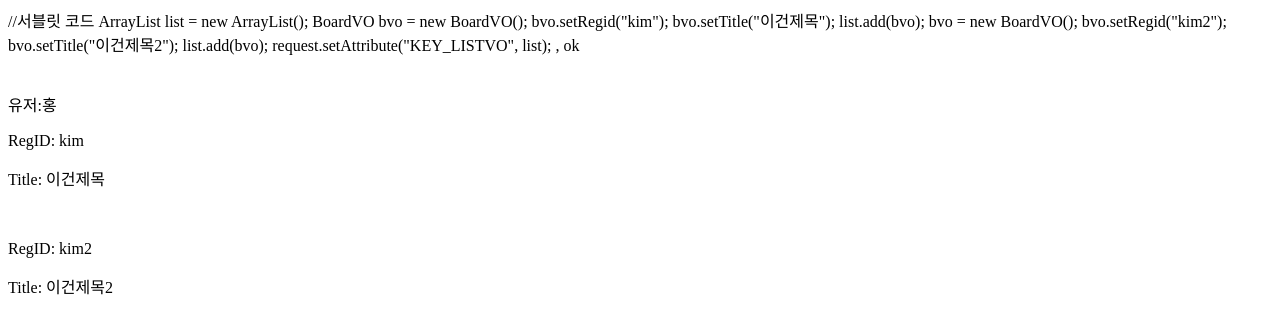
Repository: wonsungjin/Kosta
Page: http://localhost/web_prj/JstlServlet
An editor plug-in stored every save of this project. The page is shown before and after the next save, followed by the edit.
The browser window is 1280 px wide. The pictures show the whole page.
The page is served by Tomcat 9. Other server files are loaded and not shown.

Above is the page before, as saved 2024-05-30 04:42:53.

### web_prj/src/main/webapp/lec_jstl.jsp
<%@ page language="java" contentType="text/html; charset=UTF-8"
    pageEncoding="UTF-8"%>
<%@taglib uri="http://java.sun.com/jsp/jstl/core" prefix="c"%>
<%@taglib uri="http://java.sun.com/jsp/jstl/fmt"  prefix="fmt"%>

<%@ page import="com.kosta.sample.board.BoardVO" %>
<%@ page import="java.util.ArrayList" %>
<%@ page import="java.util.HashMap" %>


<!DOCTYPE html>
<html>
<head>
<meta charset="UTF-8">
<title>Insert title here</title>
<script src="https://code.jquery.com/jquery-3.7.1.js"></script>
<script> $(function() { }); </script>
</head>
<body>
<!--
 EL(Expression Language) :  JSP 사용하는 스크립트릿(<% %>) 문법을 쉽게 하는 언어  $ { }
 JSTL(JSP Standard Tag Library) : JSP 표준라이브러리

  - JSP 내장객체 SCOPE : page > request > session > application
  - EL  내장객체 SCOPE : pageScope > requestScope > sessionScope > applicationScope
-->


<!--
//서블릿 코드
BoardVO bvo  = new BoardVO();
bvo.setRegid("kim");
bvo.setTitle("이건제목");
request.setAttribute("KEY_BOARDVO", bvo);
-->
<%
//BoardVO bvo = (BoardVO)request.getAttribute("KEY_BOARDVO");
//out.println(bvo.getRegid() + ","  + bvo.getTitle());
%>
<!-- ${requestScope.KEY_BOARDVO.regid} -->




//서블릿 코드
ArrayList<BoardVO> list = new ArrayList<BoardVO>();
BoardVO bvo  = new BoardVO();
bvo.setRegid("kim");
bvo.setTitle("이건제목");
list.add(bvo);
bvo  = new BoardVO();
bvo.setRegid("kim2");
bvo.setTitle("이건제목2");
list.add(bvo);
request.setAttribute("KEY_LISTVO", list);


<%
//ArrayList<BoardVO> list = (ArrayList<BoardVO>)request.getAttribute("KEY_LISTVO");
//for(BoardVO bvo : list) {
//	out.println(bvo.getTitle() + "," + bvo.getRegid() + "<br>");
//}
%>
<!--
${requestScope.KEY_LISTVO[0]["regid"]}, ${requestScope.KEY_LISTVO[0]["title"]}<br>
${requestScope.KEY_LISTVO[1]["regid"]}, ${requestScope.KEY_LISTVO[1]["title"]}<br>
-->


<!--
//서블릿 코드
HashMap<String, BoardVO> map = new HashMap<String, BoardVO>();
BoardVO bvo  = new BoardVO();
bvo.setRegid("kim");
bvo.setTitle("이건제목");
map.put("map_key", bvo);
request.setAttribute("KEY_MAPVO", map);
-->
<%
//HashMap<String, BoardVO> map = (HashMap<String, BoardVO>)request.getAttribute("KEY_MAPVO");
//out.println(map.get("map_key").getRegid() + "," + map.get("map_key").getTitle());
%>
<!-- ${requestScope.KEY_MAPVO.map_key.regid} , ${KEY_MAPVO.map_key.title} -->


<!--
//서블릿 코드
HttpSession session = request.getSession();
session.setAttribute("SESS_ID", "kim");
session.setAttribute("SESS_GRADE", "gold");
-->
<%
//String uid = (String)session.getAttribute("SESS_ID");
//out.print(uid);
%>
<!--  ${sessionScope.SESS_ID}  -->


<!--
//서블릿 코드
Cookie ck1 = new Cookie("MY_COOKIE_UID", "lee");
Cookie ck2 = new Cookie("MY_COOKIE_GRADE", "hong");
ck1.setMaxAge(100);
ck2.setMaxAge(100);
response.addCookie(ck1);
response.addCookie(ck2);
-->

<%
// 요청으로부터 모든 쿠키를 가져옵니다.
Cookie[] cookies = request.getCookies();
if (cookies != null) {
    for (Cookie cookie : cookies) {
        out.println(cookie.getName() + "," + cookie.getValue() + "<br>");
    }
}
%>
${cookie.MY_COOKIE_UID.name}, ${cookie.MY_COOKIE_UID.value}


<!-- JSTL :   if  forEach   -->
<%
String cval = "lee";
int num = 10;
if (cval.equals("lee") && num==10) {
	out.println("ok");
} else {
	out.println("fail");
}
%>
<br>

<c:if test="${cookie.MY_COOKIE_UID.value == 'lee'}">
	ok lee
</c:if><br>

<c:if test="${cookie.MY_COOKIE_UID.value eq 'lee'}">
	ok lee
</c:if><br>

<c:set value="hong" var="userid"/>
<c:choose>
       <c:when test="${userid == 'hong'}">
            유저:홍
       </c:when>
       <c:when test="${userid == 'admin'}">
           어드민
       </c:when>
       <c:otherwise>
           손님
       </c:otherwise>
   </c:choose>
   <br>
<c:forEach var="board" items="${KEY_LISTVO}">
    <p>RegID: ${board.regid}</p>
    <p>Title: ${board.title}</p>
    <br>
</c:forEach>





</body>
</html>

### web_prj/src/main/java/com/kosta/sample/jstl/JstlServlet.java
package com.kosta.sample.jstl;

import java.io.IOException;
import java.util.ArrayList;
import java.util.HashMap;

import javax.servlet.RequestDispatcher;
import javax.servlet.ServletException;
import javax.servlet.annotation.WebServlet;
import javax.servlet.http.Cookie;
import javax.servlet.http.HttpServlet;
import javax.servlet.http.HttpServletRequest;
import javax.servlet.http.HttpServletResponse;
import javax.servlet.http.HttpSession;

import com.kosta.sample.board.BoardVO;

/**
 * Servlet implementation class JstlServlet
 */
@WebServlet("/JstlServlet")
public class JstlServlet extends HttpServlet {
	private static final long serialVersionUID = 1L;

    public JstlServlet() {
        super();
    }

	protected void doGet(HttpServletRequest request, HttpServletResponse response) throws ServletException, IOException {
		request.setCharacterEncoding("UTF-8");
		response.setContentType("text/html;charset=UTF-8");

		ArrayList<BoardVO> list = new ArrayList<BoardVO>();

		BoardVO bvo  = new BoardVO();
		bvo.setRegid("kim");
		bvo.setTitle("이건제목");
		list.add(bvo);

		bvo  = new BoardVO();
		bvo.setRegid("kim2");
		bvo.setTitle("이건제목2");
		list.add(bvo);
		request.setAttribute("KEY_LISTVO", list);

//		HashMap<String, BoardVO> map = new HashMap<String, BoardVO>();
//		BoardVO bvo  = new BoardVO();
//		bvo.setRegid("kim33");
//		bvo.setTitle("이건제목33");
//		map.put("map_key", bvo);
//		request.setAttribute("KEY_MAPVO", map);

//		HttpSession session = request.getSession();
//		session.setAttribute("SESS_ID", "kim");
//		session.setAttribute("SESS_GRADE", "gold");


//		Cookie ck = new Cookie("MY_COOKIE_UID", "lee");
//		ck.setMaxAge(100);
//		response.addCookie(ck);


		RequestDispatcher rd = request.getRequestDispatcher("lec_jstl.jsp");
		rd.forward(request, response);
	}
}

### web_prj/src/main/java/com/kosta/sample/board/VO.java
package com.kosta.sample.board;

public class VO {

}

### web_prj/src/main/java/com/kosta/sample/board/BoardVO.java
package com.kosta.sample.board;

import java.util.List;

public class BoardVO extends VO {

	int SEQ;
	String title;
	String contents;
	String regid;
	String regdate;
	List<ReplyVO> replies;
	public List<ReplyVO> getReplies() {
		return replies;
	}
	public void setReplies(List<ReplyVO> replies) {
		this.replies = replies;
	}
	public int getSeq() {
		return SEQ;
	}
	public void setSeq(int sEQ) {
		SEQ = sEQ;
	}
	public String getTitle() {
		return title;
	}
	public void setTitle(String tITLE) {
		title = tITLE;
	}
	public String getContents() {
		return contents;
	}
	public void setContents(String cONTENTS) {
		contents = cONTENTS;
	}
	public String getRegid() {
		return regid;
	}
	public void setRegid(String rEGID) {
		regid = rEGID;
	}
	public String getRegdate() {
		return regdate;
	}
	public void setRegdate(String rEGDATE) {
		regdate = rEGDATE;
	}
	public BoardVO(String cONTENTS, String tITLE, int sEQ, String rEGID, String rEGDATE) {
		SEQ = sEQ;
		title = tITLE;
		contents = cONTENTS;
		regid = rEGID;
		regdate = rEGDATE;
	}
	public BoardVO( String tITLE, int sEQ, String rEGID, String rEGDATE) {
		SEQ = sEQ;
		title = tITLE;
		regid = rEGID;
		regdate = rEGDATE;
	}
	public BoardVO() {
	}
}
//String CREATED;
//String LAST_DDL_TIME;
//String SEQUENCE_OWNER;
//String SEQUENCE_NAME;
//int MIN_VALUE;
//int MAX_VALUE;
//int INCREMENT_BY;
//String CYCLE_FLAG;
//String ORDER_FLAG;
//int CACHE_SIZE;
//int LAST_NUMBER;

### web_prj/src/main/java/com/kosta/sample/board/ReplyVO.java
package com.kosta.sample.board;

public class ReplyVO {
	private int rseq;  //PK
	private String reply;
	private String regid;
	private String regdate;
	private int seq ;   //FK

	public ReplyVO() {}


	public ReplyVO(int rseq, String reply, String regid, String regdate, int seq) {
		this.rseq = rseq;
		this.reply = reply;
		this.regid = regid;
		this.regdate = regdate;
		this.seq = seq;
	}



	public int getRseq() {
		return rseq;
	}

	public String getReply() {
		return reply;
	}

	public String getRegid() {
		return regid;
	}

	public String getRegdate() {
		return regdate;
	}

	public int getSeq() {
		return seq;
	}

	public void setRseq(int rseq) {
		this.rseq = rseq;
	}

	public void setReply(String reply) {
		this.reply = reply;
	}

	public void setRegid(String regid) {
		this.regid = regid;
	}

	public void setRegdate(String regdate) {
		this.regdate = regdate;
	}

	public void setSeq(int seq) {
		this.seq = seq;
	}

	@Override
	public String toString() {
		return "ReplyVO [rseq=" + rseq + ", reply=" + reply + ", regid=" + regid + ", regdate=" + regdate + ", seq="
				+ seq + "]";
	}



}

After the next save:
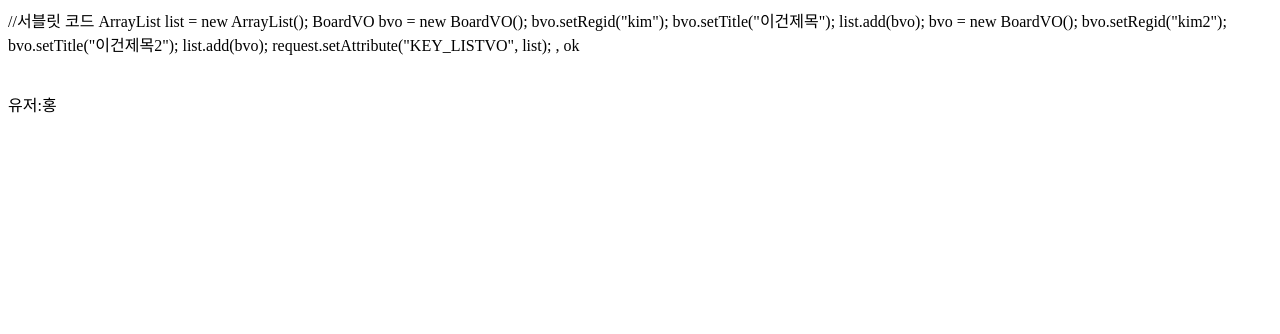
Saved 33 s later.
--- a/web_prj/src/main/webapp/lec_jstl.jsp
+++ b/web_prj/src/main/webapp/lec_jstl.jsp
@@ -151,7 +151,7 @@ if (cval.equals("lee") && num==10) {
        </c:otherwise>
    </c:choose>
    <br>
-<c:forEach var="board" items="${KEY_LISTVO}">
+<c:forEach var="boardVO" items="${list}">
     <p>RegID: ${board.regid}</p>
     <p>Title: ${board.title}</p>
     <br>
